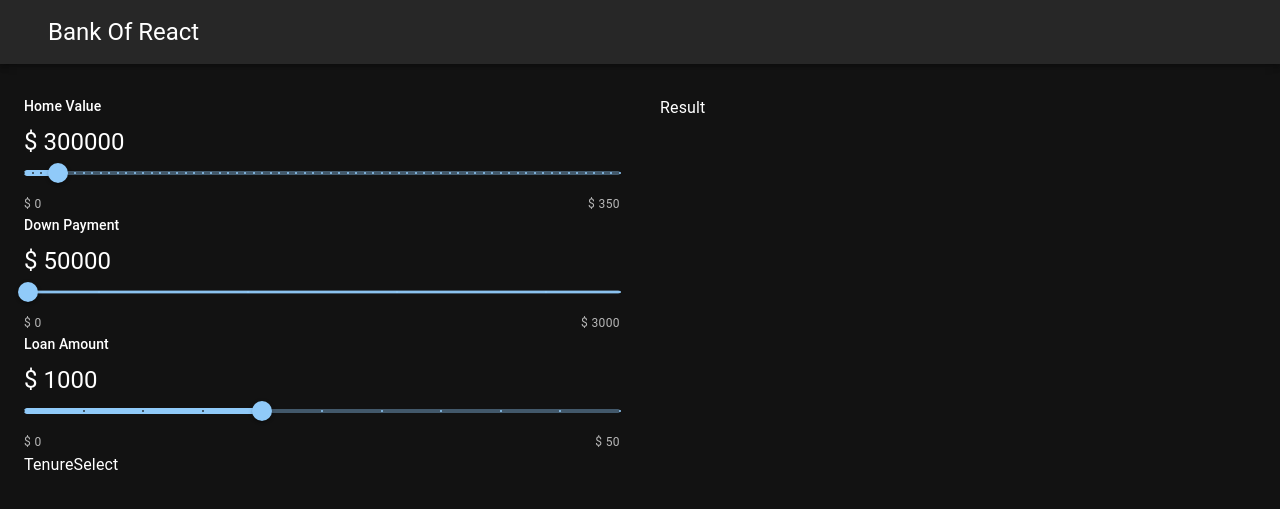
Repository: MikeeBuilds/mortgage-calculator
Page: /
An editor plug-in stored every save of this project. The page is shown before and after a run of saves, followed by the edit.
The browser window is 1280 px wide. The pictures show the whole page.
The project was rebuilt for these pictures with package versions that can differ from the ones it lists, and the page was loaded fresh each time.

Above is the page before, as saved 2023-04-03 21:48:40.

After the next 2 saves:
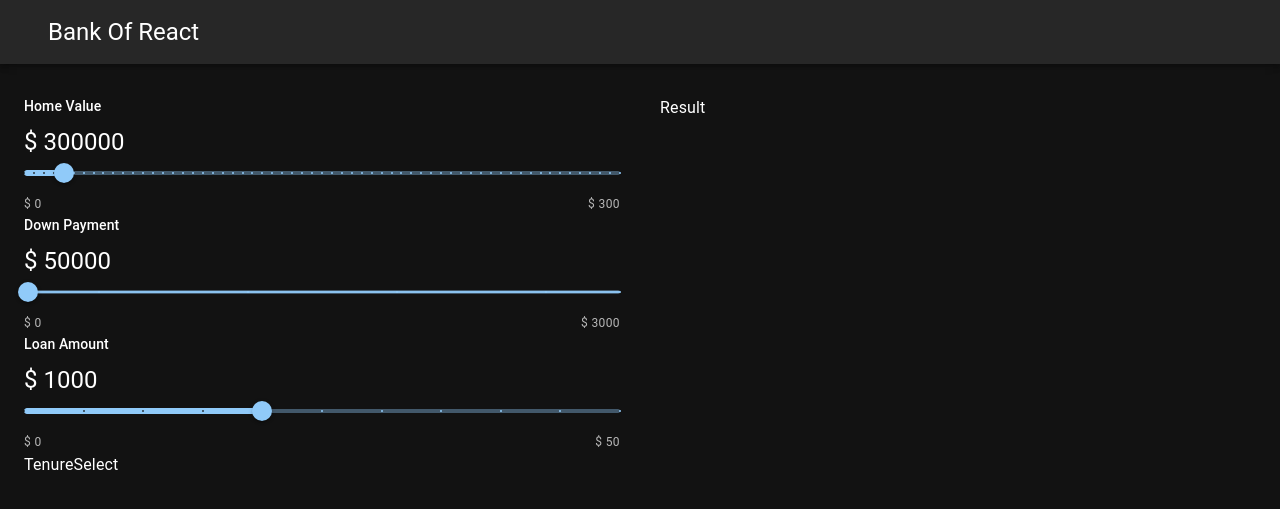
The 2 saves are shown as one change because they came seconds apart.
The last was saved 9 s later.
--- a/src/components/SliderSelect.js
+++ b/src/components/SliderSelect.js
@@ -7,7 +7,7 @@ const SliderSelect = () => {
         <SliderComponent
             label='Home Value'
             min={0}
-            max={350}
+            max={300}
             defaultValue={20}
             step={5 }
             onChange={(e, value) => console.log(value)}
